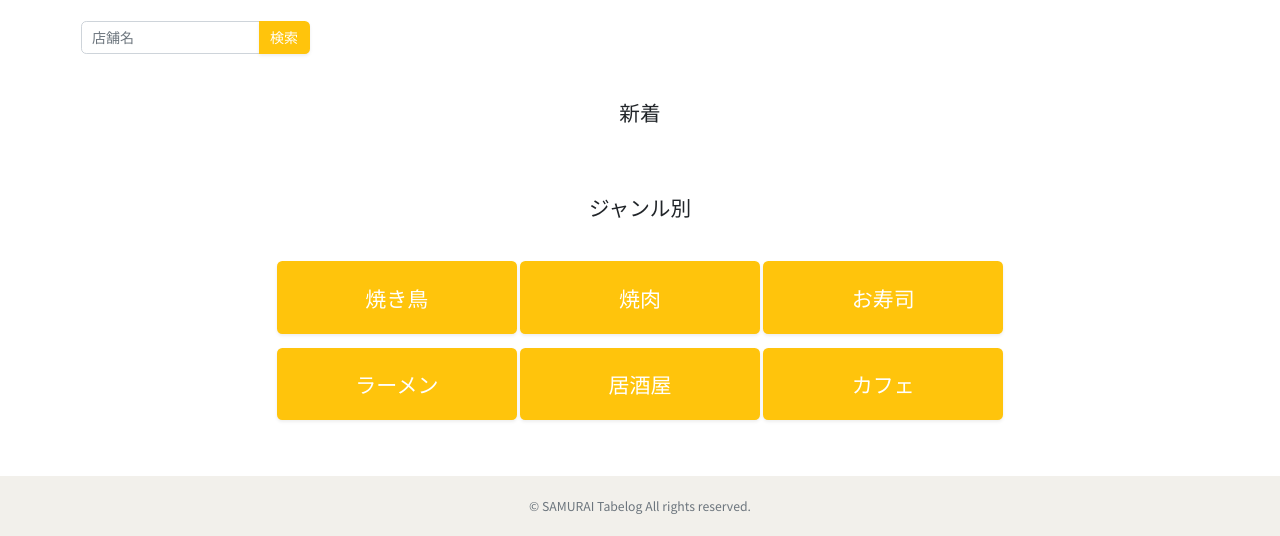
Repository: Mofu-Ya/springboot-tabelog-kadai
Page: http://localhost/index
These files come from the project's save history. The page is drawn as it stood at one moment and after the next save; the edit follows.
The browser window is 1280 px wide. The pictures show the part of the page from y = 373 to 937 px (the page is 909 px tall before and 937 px after).
The page is this project's Thymeleaf template; nobody is signed in. The template is opened directly, without the code that normally fills it, so the values that code supplies are empty.

Above is the page before, as saved 2025-01-19 00:02:51.

### kadai_002/samuraitabelog/src/main/resources/templates/index.html
<!DOCTYPE html>
<html xmlns:th="https://www.thymeleaf.org" xmlns:sec="http://www.thymeleaf.org/extras/spring-security">
	<head>
		<div th:replace="~{fragment :: meta}"></div>
        <div th:replace="~{fragment :: styles}"></div>

		<title>SAMURAI tabelog</title>
	</head>
	<body>
		<div class="samuraitabelog-wrapper">
             <!-- ヘッダー -->
             <div th:replace="~{fragment :: header}"></div>

             <main>
				 <div class="d-flex justify-content-center">
                     <img class="samuraitabelog-header-photo" th:src="@{/images/header_photo.jpg}" alt="NAGOYAMESHI">
                 </div>
                 <div class="container pt-4 pb-5 samuraitabelog-container">
                     <div th:if="${param.loggedIn}" class="alert alert-info">
                         ログインしました。
                     </div>

                     <div th:if="${param.loggedOut}" class="alert alert-info">
                         ログアウトしました。
                     </div>

                     <div th:if="${successMessage}" class="alert alert-info">
						 <span th:text="${successMessage}"></span>
                     </div>

                     <div th:if="${errorMessage}" class="alert alert-info">
						 <span th:text="${errorMessage}"></span>
                     </div>



                     <div class="d-flex ">
                         <form method="get" th:action="@{/restaurants}" class="mb-5 samuraitabelog-search-form">
                             <div class="input-group">
                                 <input type="text" class="form-control" name="keyword" th:value="${keyword}" placeholder="店舗名">
                                 <button type="submit" class="btn text-white shadow-sm samuraitabelog-btn">検索</button>
                             </div>
                         </form>
                     </div>

                     <h2 class="text-center mt-1 mb-5">新着</h2>
                     <div class="row row-cols-lg-5 row-cols-2 g-3 mb-5">
                         <div class="col" th:each="newRestaurant : ${newRestaurants}">
                             <a th:href="@{/restaurants/__${newRestaurant.getId()}__}" class="link-dark samuraitabelog-card-link">
                                 <div class="card h-100">
                                     <img th:if="${newRestaurant.getImageName()}" th:src="@{/storage/__${newRestaurant.getImageName()}__}" class="card-img-top samuraitabelog-vertical-card-image" alt="店舗画像">
                                     <img th:unless="${newRestaurant.getImageName()}" th:src="@{/images/noImage.png}" class="card-img-top samuraitabelog-vertical-card-image" alt="NO IMAGE">
                                     <div class="card-body">
                                         <h3 class="card-title" th:text="${newRestaurant.getName()}"></h3>
                                         <p class="card-text mb-1">
                                             <small class="text-muted" th:text="${newRestaurant.getCategory.getName()}"></small>
                                         </p>
                                     </div>
                                 </div>
                             </a>
                         </div>
                     </div>

                     <h2 class="text-center mb-5">ジャンル別</h2>
<!--                     <div class="col col-lg-10 col-10 mb-3 justify-content-center">-->

						 <div class="row mb-3">
							 <div class="col text-center">
							<a class="btn text-white shadow-sm category-btn samuraitabelog-btn" th:href="@{/restaurants?categoryId=1}">焼き鳥</a>
						 	<a class="btn text-white shadow-sm category-btn samuraitabelog-btn" th:href="@{/restaurants?categoryId=2}">焼肉</a>
						 	<a class="btn text-white shadow-sm category-btn samuraitabelog-btn" th:href="@{/restaurants?categoryId=3}">お寿司</a>
						 	</div>
						 </div>
						 <div class="row mb-3">
							<div class="col text-center">
							<a class="btn text-white shadow-sm category-btn samuraitabelog-btn" th:href="@{/restaurants?categoryId=4}">ラーメン</a>
						 	<a class="btn text-white shadow-sm category-btn samuraitabelog-btn" th:href="@{/restaurants?categoryId=5}">居酒屋</a>
						 	<a class="btn text-white shadow-sm category-btn samuraitabelog-btn" th:href="@{/restaurants?categoryId=6}">カフェ</a>
						 	</div>
						 </div>

<!--                     </div>-->


                 </div>
             </main>

             <!-- フッター -->
             <div th:replace="~{fragment :: footer}"></div>
         </div>

    	<div th:replace="~{fragment :: scripts}"></div>
	</body>
</html>

### kadai_002/samuraitabelog/src/main/resources/templates/fragment.html
<!DOCTYPE html>
	<html xmlns:th="https://www.thymeleaf.org" xmlns:sec="http://www.thymeleaf.org/extras/spring-security">
    <head>
        <!-- meta要素の部品化 -->
        <div th:fragment="meta" th:remove="tag">
            <meta charset="UTF-8">
            <meta name="viewport" content="width=device-width, initial-scale=1">
        </div>

        <!-- link要素の部品化 -->
        <div th:fragment="styles" th:remove="tag">
            <!-- Bootstrap -->
            <link href="https://cdn.jsdelivr.net/npm/bootstrap@5.2.3/dist/css/bootstrap.min.css" rel="stylesheet" integrity="sha384-rbsA2VBKQhggwzxH7pPCaAqO46MgnOM80zW1RWuH61DGLwZJEdK2Kadq2F9CUG65" crossorigin="anonymous">

            <!-- Google Fonts -->
            <link rel="preconnect" href="https://fonts.googleapis.com">
            <link rel="preconnect" href="https://fonts.gstatic.com" crossorigin>
            <link href="https://fonts.googleapis.com/css2?family=Noto+Sans+JP:wght@400;500&display=swap" rel="stylesheet">

            <link th:href="@{/css/style.css}" rel="stylesheet" >
        </div>

        <title>部品化用のHTMLファイル</title>
    </head>
    <body>
		<!-- ヘッダーの部品化 -->
        <div th:fragment="header" th:remove="tag">
            <nav class="navbar navbar-expand-md navbar-light bg-white shadow-sm samuraitabelog-navbar">
                <div class="container samuraitabelog-container">
                    <a class="navbar-brand" th:href="@{/}">
                        <img class="samuraitabelog-logo me-1" th:src="@{/images/logo.png}" alt="NAGOYAMESHI">
                    </a>

                    <button class="navbar-toggler" type="button" data-bs-toggle="collapse" data-bs-target="#navbarSupportedContent" aria-controls="navbarSupportedContent" aria-expanded="false" aria-label="Toggle navigation">
                         <span class="navbar-toggler-icon"></span>
                     </button>

                     <div class="collapse navbar-collapse" id="navbarSupportedContent">
                         <ul class="navbar-nav ms-auto">
                             <!-- 未ログインであれば表示する -->
                             <li class="nav-item" sec:authorize="isAnonymous()">
                                 <a class="nav-link" th:href="@{/login}">ログイン</a>
                             </li>
                             <li class="nav-item" sec:authorize="isAnonymous()">
                                 <a class="nav-link" th:href="@{/signup}">会員登録</a>
                             </li>

                             <!-- ログイン済みの無料会員であれば表示する -->
                             <li class="nav-item dropdown" sec:authorize="hasRole('GENERAL_FREE')">
                                 <a id="navbarDropdownGeneral" class="nav-link dropdown-toggle" href="#" role="button" data-bs-toggle="dropdown" aria-haspopup="true" aria-expanded="false" v-pre>
                                     <span sec:authentication="principal.user.name"></span>
                                 </a>

                                 <div class="dropdown-menu dropdown-menu-end" aria-labelledby="navbarDropdownGeneral">
                                     <a class="dropdown-item samuraitabelog-dropdown-item" th:href="@{/user}">会員情報</a>

                                     <div class="dropdown-divider"></div>

                                     <a class="dropdown-item samuraitabelog-dropdown-item" th:href="@{/logout}" onclick="event.preventDefault(); document.getElementById('logout-form').submit();">
                                         ログアウト
                                     </a>
                                     <form class="d-none" id="logout-form" th:action="@{/logout}" method="post"></form>
                                 </div>
                             </li>

                             <!-- ログイン済みの有料会員であれば表示する -->
                             <li class="nav-item dropdown" sec:authorize="hasAnyRole('GENERAL_PAID', 'OWNER_ADMIN')">
                                 <a id="navbarDropdownGeneral" class="nav-link dropdown-toggle" href="#" role="button" data-bs-toggle="dropdown" aria-haspopup="true" aria-expanded="false" v-pre>
                                     <span sec:authentication="principal.user.name"></span>
                                 </a>

                                 <div class="dropdown-menu dropdown-menu-end" aria-labelledby="navbarDropdownGeneral">
                                     <a class="dropdown-item samuraitabelog-dropdown-item" th:href="@{/user}">会員情報</a>
                                     <a class="dropdown-item samuraitabelog-dropdown-item" th:href="@{/reservations}">予約一覧</a>
                                     <a class="dropdown-item samuraitabelog-dropdown-item" th:href="@{/reviews}">レビュー一覧</a>
                                     <a class="dropdown-item samuraitabelog-dropdown-item" th:href="@{/favorites}">お気に入り一覧</a>

                                     <div class="dropdown-divider"></div>

                                     <a class="dropdown-item samuraitabelog-dropdown-item" th:href="@{/logout}" onclick="event.preventDefault(); document.getElementById('logout-form').submit();">
                                         ログアウト
                                     </a>
                                     <form class="d-none" id="logout-form" th:action="@{/logout}" method="post"></form>
                                 </div>
                             </li>

                             <!-- 管理者であれば表示する -->
                             <li class="nav-item dropdown" sec:authorize="hasRole('ADMIN')">
                                 <a id="navbarDropdownAdmin" class="nav-link dropdown-toggle" href="#" role="button" data-bs-toggle="dropdown" aria-haspopup="true" aria-expanded="false" v-pre>
                                     管理者メニュー
                                 </a>

                                 <div class="dropdown-menu dropdown-menu-end" aria-labelledby="navbarDropdownAdmin">
									 <a class="dropdown-item samuraitabelog-dropdown-item" th:href="@{/user}">会員情報</a>
									 <a class="dropdown-item samuraitabelog-dropdown-item" th:href="@{/admin/users}">会員一覧</a>
                                     <a class="dropdown-item samuraitabelog-dropdown-item" th:href="@{/admin/restaurants}">店舗一覧</a>

                                     <div class="dropdown-divider"></div>

                                     <a class="dropdown-item samuraitabelog-dropdown-item" th:href="@{/logout}" onclick="event.preventDefault(); document.getElementById('logout-form').submit();">
                                         ログアウト
                                     </a>
                                     <form class="d-none" id="logout-form" th:action="@{/logout}" method="post"></form>
                                 </div>
                             </li>
                         </ul>
                     </div>
                </div>
            </nav>
        </div>

		<!-- フッターの部品化 -->
        <div th:fragment="footer" th:remove="tag">
            <footer>
                <div class="d-flex justify-content-center align-items-center h-100">
                    <p class="text-center text-muted small mb-0">&copy; SAMURAI Tabelog All rights reserved.</p>
                </div>
            </footer>
        </div>

        <!-- script要素の部品化 -->
        <div th:fragment="scripts" th:remove="tag">
            <!-- Bootstrap -->
            <script src="https://cdn.jsdelivr.net/npm/bootstrap@5.2.3/dist/js/bootstrap.bundle.min.js" integrity="sha384-kenU1KFdBIe4zVF0s0G1M5b4hcpxyD9F7jL+jjXkk+Q2h455rYXK/7HAuoJl+0I4" crossorigin="anonymous"></script>
        </div>
    </body>
</html>

### kadai_002/samuraitabelog/src/main/resources/static/css/style.css
html {
  font-size: 14px;
}

body {
  font-family: 'Noto Sans JP', sans-serif;
}

h1 {
  font-size: 1.5rem;
}

h2 {
  	font-size: 1.475rem;
}

h3 {
	font-size: 1.25rem;
}

a {
/*  color: #5196a6;*/
  color: #005133;
  text-decoration: none !important;
}

a:hover {
    color: #407784;
}

footer {
  width: 100%;
  height: 60px;
  position: absolute;
  bottom: 0;
  background-color: #f2f0eb;
}

.samuraitabelog-wrapper {
  min-height: 100vh;
  position: relative;
  padding-bottom: 60px;
  box-sizing: border-box;
}

.samuraitabelog-navbar {
  min-height: 60px;
}

.samuraitabelog-logo {
  height: 50px;
}

.samuraitabelog-header-photo {
  width: 100%;
  height: 300px;
}



.samuraitabelog-btn {
/*  background-color: #5196a6 !important;   */
  background-color: #FFC40C !important;
  transition: 0.1s;
}

.samuraitabelog-btn:hover {
  opacity: 0.8;
}

.samuraitabelog-page-link {
/*  color: #5196a6;*/
  color: #FFC40C;;
}

.samuraitabelog-page-link:hover {
  color: #407784;
}

.samuraitabelog-active {
/*  background-color: #5196a6 !important;*/
/*  border-color: #5196a6 !important;*/
  background-color: #FFC40C !important;
  border-color: #FFC40C !important;
}

.samuraitabelog-pre-wrap {
	/* 改行文字で行を折り返す */
	white-space: pre-wrap;
}

.samuraitabelog-link-danger {
     color: #f2594b;
 }

 .samuraitabelog-link-danger:hover {
     color: #a63c3c;
 }

 .samuraitabelog-btn-danger {
     background-color: #f2594b !important;
     transition: 0.1s;
 }

 .samuraitabelog-btn-danger:hover {
   opacity: 0.8;
 }

.samuraitabelog-dropdown-item:active {
   background-color: #5196a6;
 }

.samuraitabelog-card-link {
	transition: 0.3s;
}

.samuraitabelog-card-link:hover {
	opacity: 0.7;
}

.samuraitabelog-horizontal-card-image {
	width: 100%;
	height: 240px;
	object-fit: cover;
}

.samuraitabelog-sort-box {
   width: 150px;
 }

.samuraitabelog-vertical-card-image {
   width: 100%;
   height: 150px;
   object-fit: cover;
}

 .samuraitabelog-search-form {
     max-width: 300px;
 }

 .samuraitabelog-star-full {
  color: #FFC20E;
}

 .samuraitabelog-timepicker-form {
     height: 34px;
/*     border-color: lightgrey;*/
     border: 1px solid lightgrey;
     border-radius: 4px;
     padding: 10px;
 }

 /* ベースのFlatpickrスタイルをカスタマイズ */
.flatpickr-time {
    display: flex;
    justify-content: center;
    align-items: center;
    gap: 5px;
/*    font-family: 'Arial', sans-serif;*/
    font-family: 'Noto Sans JP', sans-serif;
    background-color: #f7f9fc;
/*    background-color:red;*/
    border-radius: 8px;
    padding: 10px;
/*    width: 200px;*/
    box-shadow: 0 4px 8px rgba(0, 0, 0, 0.1);
    overflow: hidden; /* 外枠を見切れさせない */
}

/* 不要な分・秒を非表示 */
.flatpickr-time .flatpickr-minute {
    display: none !important; /* 完全に非表示にする */
}

/*.flatpickr-time .flatpickr-minute .arrow {*/
/*    display: none !important;  完全に非表示にする */
/*}*/


/* 時間選択の各要素 */
.flatpickr-time .flatpickr-hour　{
    width: 70px;
    height: 40px;
    overflow: hidden;
    border-radius: 5px;
    border: 1px solid #ccc;
/*    border: 1px solid red;*/
    background-color: white;
    text-align: center;
    font-size: 1.2rem;
/*    font-weight: bold;*/
    line-height: 40px;
    color: #333;
    cursor: pointer;
    user-select: none;
    transition: all 0.2s ease-in-out;
}

/* 選択中の要素 */
.flatpickr-time .flatpickr-hour:hover,
.flatpickr-time .flatpickr-minute:hover,
.flatpickr-time .flatpickr-second:hover,
.flatpickr-time .flatpickr-am-pm:hover {
    background-color: #eaf3ff;
    color: #007bff;
    transform: scale(1.1);
}

/* ドラムロールのエフェクト風 */
.flatpickr-time .flatpickr-hour,
.flatpickr-time .flatpickr-minute,
.flatpickr-time .flatpickr-second {
    display: flex;
    flex-direction: column;
    align-items: center;
    justify-content: center;
    position: relative;
    height: auto;
}

/* 確認画面の Card のスタイル */
.confirm-card {
	width: 90%;
	max-width: 600px;
}

.confirm-card-body {
	padding: 20px;
}

.confirm-card-btn {
	width: 120px;
}

.complete-card-btn {
	width: 180px;
}

.category-btn {
	width: 240px;
	font-size: 1.5rem;
	line-height: 60px; /* 行の高さをボタンの高さと同じに設定 */
    text-align: center; /* 水平方向の中央揃え */
    vertical-align: middle; /* 垂直方向の中央揃え */
}


.samuraitabelog-cancel-btn {
	color: #FFC40C !important;
	background-color: white !important;
	border: 1px solid #FFC40C;
  	transition: 0.1s;
}

.samuraitabelog-cancel-btn:hover {
	color:  #191C16 !important;
	background-color: #B4BBAB !important;
	border: 1px solid #FFC40C;
  	opacity: 0.6;
}

.samuraitabelog-btn-link-style {
  color: #FFC40C;
  text-decoration: none !important;
}

.samuraitabelog-btn-link-style:hover {
  color: #FFC40C;
  opacity: 0.7;
}

/*.flatpickr-time .flatpickr-hour:before,*/
/*.flatpickr-time .flatpickr-minute:before,*/
/*.flatpickr-time .flatpickr-second:before {*/
/*    content: "";*/
/*    position: absolute;*/
/*    top: 0;*/
/*    width: 100%;*/
/*    height: 50%;*/
/*    background: linear-gradient(to bottom, rgba(255, 255, 255, 0.9), rgba(255, 255, 255, 0));*/
/*    z-index: 1;*/
/*}*/

/*.flatpickr-time .flatpickr-hour:after,*/
/*.flatpickr-time .flatpickr-minute:after,*/
/*.flatpickr-time .flatpickr-second:after {*/
/*    content: "";*/
/*    position: absolute;*/
/*    bottom: 0;*/
/*    width: 100%;*/
/*    height: 50%;*/
/*    background: linear-gradient(to top, rgba(255, 255, 255, 0.9), rgba(255, 255, 255, 0));*/
/*    z-index: 1;*/
/*}*/


@media screen and (min-width: 1400px) {
  .samuraitabelog-container {
    max-width: 1200px;
  }
}

After the next save:
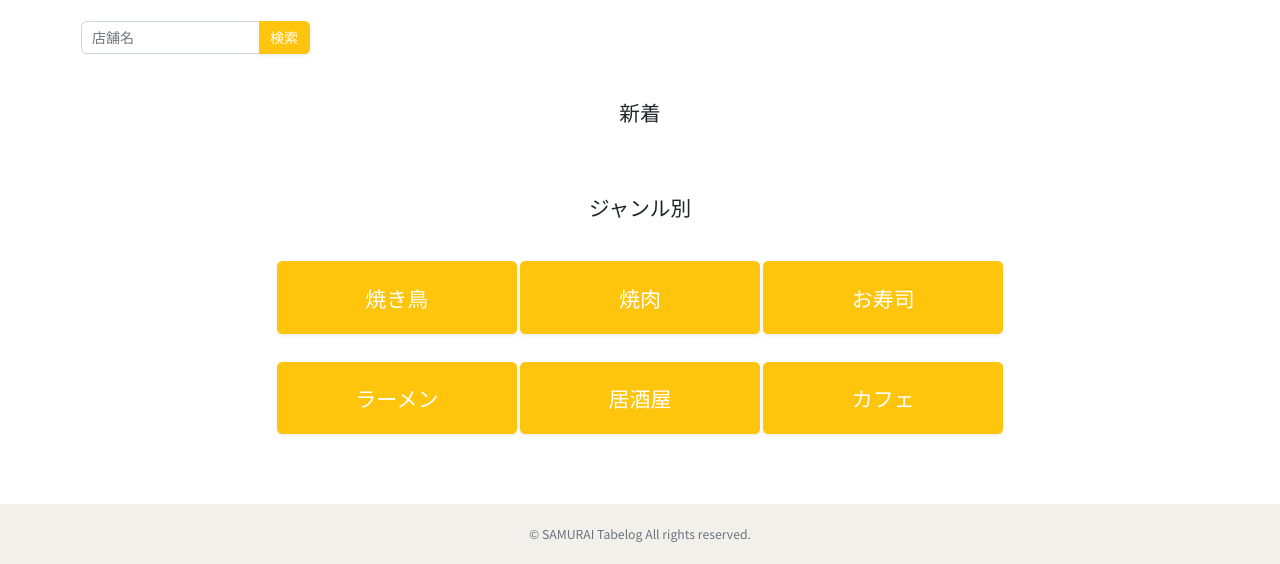
Saved 11 min 54 s later.
--- a/kadai_002/samuraitabelog/src/main/resources/templates/index.html
+++ b/kadai_002/samuraitabelog/src/main/resources/templates/index.html
@@ -66,16 +66,16 @@
 
 						 <div class="row mb-3">
 							 <div class="col text-center">
-							<a class="btn text-white shadow-sm category-btn samuraitabelog-btn" th:href="@{/restaurants?categoryId=1}">焼き鳥</a>
-						 	<a class="btn text-white shadow-sm category-btn samuraitabelog-btn" th:href="@{/restaurants?categoryId=2}">焼肉</a>
-						 	<a class="btn text-white shadow-sm category-btn samuraitabelog-btn" th:href="@{/restaurants?categoryId=3}">お寿司</a>
+							<a class="btn text-white shadow-sm category-btn samuraitabelog-btn mb-3" th:href="@{/restaurants?categoryId=1}">焼き鳥</a>
+						 	<a class="btn text-white shadow-sm category-btn samuraitabelog-btn mb-3" th:href="@{/restaurants?categoryId=2}">焼肉</a>
+						 	<a class="btn text-white shadow-sm category-btn samuraitabelog-btn mb-3" th:href="@{/restaurants?categoryId=3}">お寿司</a>
 						 	</div>
 						 </div>
 						 <div class="row mb-3">
 							<div class="col text-center">
-							<a class="btn text-white shadow-sm category-btn samuraitabelog-btn" th:href="@{/restaurants?categoryId=4}">ラーメン</a>
-						 	<a class="btn text-white shadow-sm category-btn samuraitabelog-btn" th:href="@{/restaurants?categoryId=5}">居酒屋</a>
-						 	<a class="btn text-white shadow-sm category-btn samuraitabelog-btn" th:href="@{/restaurants?categoryId=6}">カフェ</a>
+							<a class="btn text-white shadow-sm category-btn samuraitabelog-btn mb-3" th:href="@{/restaurants?categoryId=4}">ラーメン</a>
+						 	<a class="btn text-white shadow-sm category-btn samuraitabelog-btn mb-3" th:href="@{/restaurants?categoryId=5}">居酒屋</a>
+						 	<a class="btn text-white shadow-sm category-btn samuraitabelog-btn mb-3" th:href="@{/restaurants?categoryId=6}">カフェ</a>
 						 	</div>
 						 </div>
 
